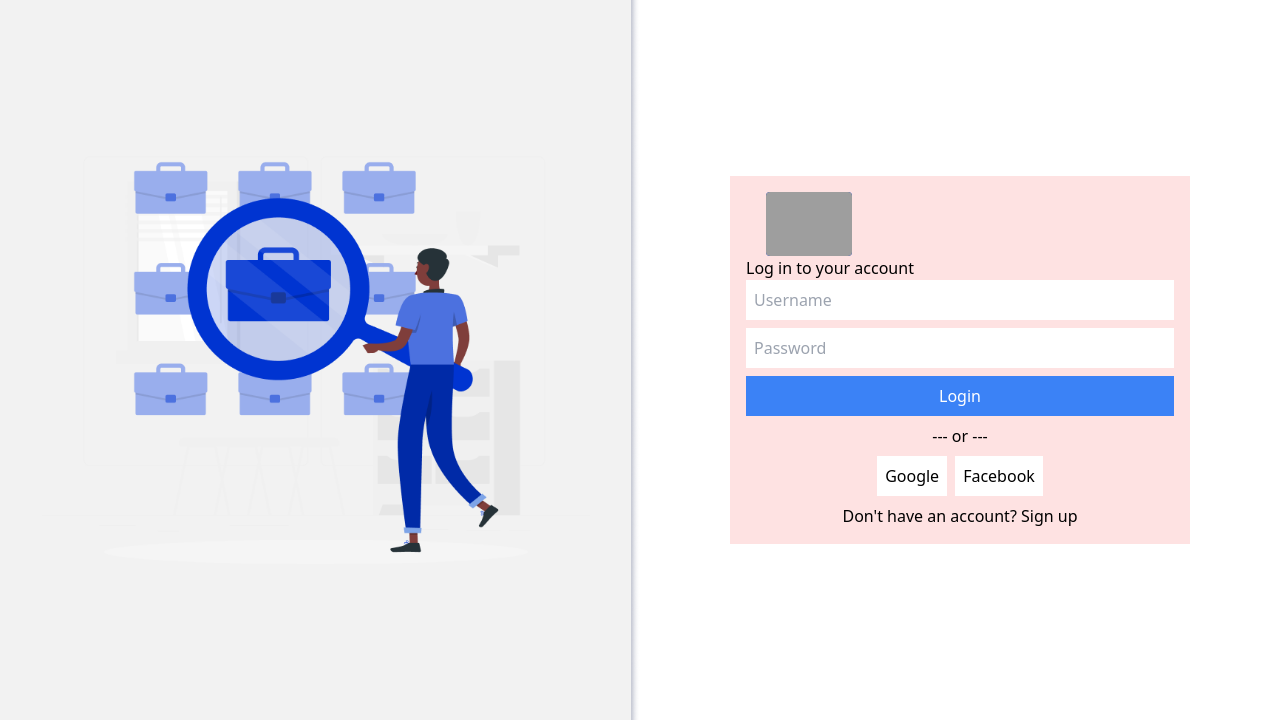
Repository: Abdibaye/Job-Sphere
Page: /
An editor plug-in stored every save of this project. The page is shown before and after the next save, followed by the edit.
The browser window is 1280 px wide. The pictures show the whole page.
Pictures or frames that could not be fetched are drawn as grey boxes. The project was rebuilt for these pictures with package versions that can differ from the ones it lists, and the page was loaded fresh each time. Also part of the build but not shown: vite.config.js, src/components/navbar.jsx, src/components/search.jsx, src/components/job.jsx, src/components/feed.jsx, src/components/saved.jsx, src/components/filter.jsx, src/components/pagination.jsx and 1 more.

Above is the page before, as saved 2025-02-17 23:01:00.

### index.html
<!doctype html>
<html lang="en">
  <head>
    <meta charset="UTF-8" />
    <link rel="icon" type="image/svg+xml" href="/vite.svg" />

    <link rel="preconnect" href="https://fonts.googleapis.com">
    <link rel="preconnect" href="https://fonts.gstatic.com" crossorigin>
    <link href="https://fonts.googleapis.com/css2?family=Inter:ital,opsz,wght@0,14..32,100..900;1,14..32,100..900&family=Open+Sans:ital,wght@0,300..800;1,300..800&family=Poppins:wght@100;200;300;400;600;700&display=swap" rel="stylesheet">

    <meta name="viewport" content="width=device-width, initial-scale=1.0" />
    <title>Vite + React</title>
  </head>
  <body>
    <div id="root"></div>
    <script type="module" src="/src/main.jsx"></script>
  </body>
</html>

### src/App.jsx
import HomePage from "./pages/homepage";
import LoginPage from "./pages/loginpage";


function App() {


  return (
    <>
     <LoginPage />
    </>
  );
}

export default App;

### src/pages/loginpage.jsx
import { BrowserRouter, Routes, Route, Link } from "react-router-dom";
import HomePage from "./homepage";

function App() {
    return (
        <BrowserRouter>
            <Routes>
                <Route path="/" element={<LoginPage />} />
                <Route path="/home" element={<HomePage />} />
            </Routes>
        </BrowserRouter>
    );
}

function LoginPage() {
    return (
        <div className="flex h-screen">
            {/* Background Image Section */}
            <div className="bg-[url(./assets/loginpg.png)] w-[50%] bg-cover bg-center"></div>

            {/* Login Form Section */}
            <div className="flex items-center justify-center w-1/2">
                <div className="bg-red-100 p-4">
                <img className="ml-5 mr-2  rounded-[4px]  bg-[#0034D1] h-[76%]  w-[20%] border-blue-500 "
 src="https://s3-alpha-sig.figma.com/img/9533/58bd/8fcfa53cf99bf9ff2ab7efd0b2189fa1?Expires=1739750400&Key-Pair-Id=APKAQ4GOSFWCW27IBOMQ&Signature=GjyOxVImGx3QYF2w5P5o6z1zp3qxhGbS2X9NvHVrCZUc7deaR~yAQmibtQujacykCdD-jKWxgNNLU1dSWmNQWXIFe~trJBTMAXz7DuzQTY-dJ89OfOgVZPz~jD5rJE3H3Naul5aYpY47JXAALxN9mVBsuUYLl5uowGCOYzB-iPruFPXI8EYfw7MIn7Kz1TVikh62aD1AS1dKv74EE4oB2NO80xY9zWVDQa2575nqG6mXlwyKdKIFlRqI0vIEbZiypWPGOsS~U5VnAPB6i6i2~uJGs5L~SBeEDL7-U-w6ZFf3cKHDwivGZ2yDo9PRuk8at4CkRHskK-0y4AChLAzVyQ__" alt="" />

                    <div>Log in to your account</div>
                    <div>
                        <input type="text" className="block w-full mb-2 p-2" placeholder="Username" />
                        <input type="password" className="block w-full mb-2 p-2" placeholder="Password" />
                    </div>
                    <Link to="/home" className="block w-full bg-blue-500 text-white p-2 mb-2 text-center">
                        Login
                    </Link>
                    <div className="text-center">--- or ---</div>
                    <div className="flex justify-center space-x-2 mt-2">
                        <div className="bg-white p-2">Google</div>
                        <div className="bg-white p-2">Facebook</div>
                    </div>
                    <div className="text-center mt-2">Don't have an account? Sign up</div>
                </div>
            </div>
        </div>
    );
}

export default App;

### tailwind.config.js
/** @type {import('tailwindcss').Config} */
export default {
  content: [
    "./index.html",
    "./src/**/*.{js,ts,jsx,tsx}",
  ],
  theme: {
    extend: {
      fontFamily: {
        'inter': ['Inter', 'sans-serif'],
      },
    },
  },
  plugins: [],
}

Loaded but not shown: src/main.jsx (common file); src/index.css (common file)

After the next save:
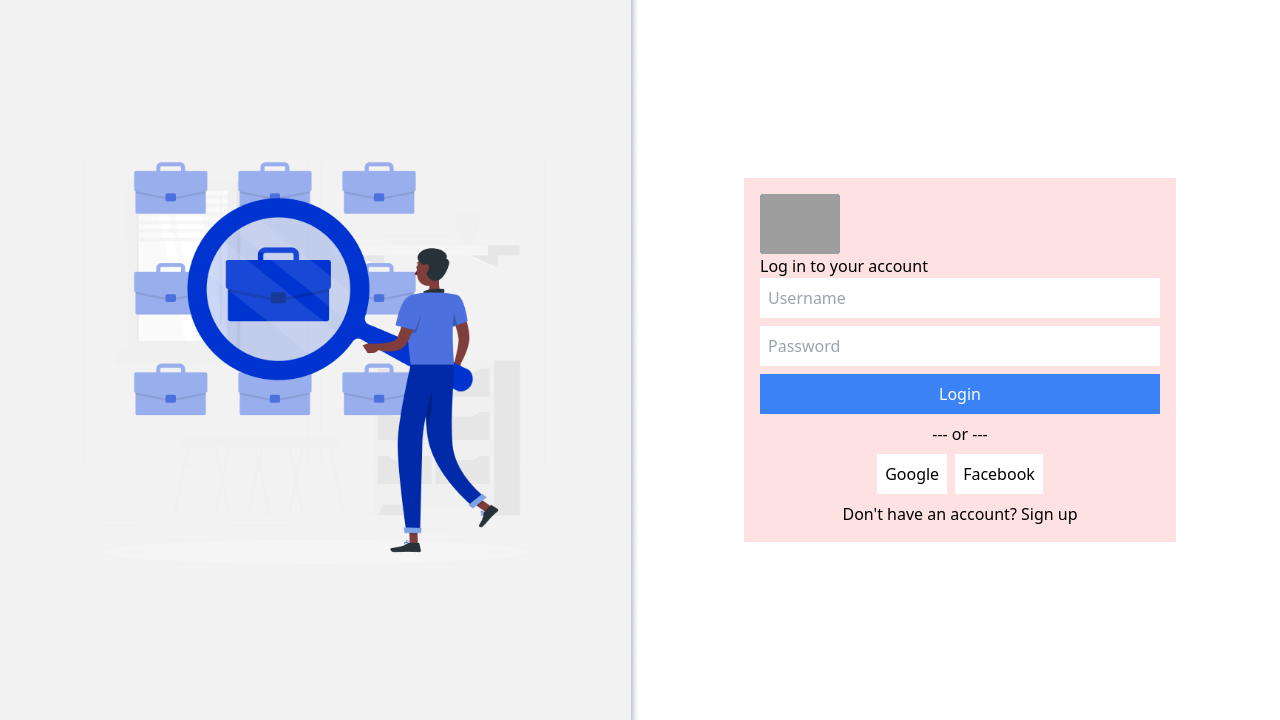
Saved 11 s later.
--- a/src/pages/loginpage.jsx
+++ b/src/pages/loginpage.jsx
@@ -21,7 +21,7 @@ function LoginPage() {
             {/* Login Form Section */}
             <div className="flex items-center justify-center w-1/2">
                 <div className="bg-red-100 p-4">
-                <img className="ml-5 mr-2  rounded-[4px]  bg-[#0034D1] h-[76%]  w-[20%] border-blue-500 "
+                <img className=" rounded-[4px]  bg-[#0034D1] h-[76%]  w-[20%] border-blue-500 "
  src="https://s3-alpha-sig.figma.com/img/9533/58bd/8fcfa53cf99bf9ff2ab7efd0b2189fa1?Expires=1739750400&Key-Pair-Id=APKAQ4GOSFWCW27IBOMQ&Signature=GjyOxVImGx3QYF2w5P5o6z1zp3qxhGbS2X9NvHVrCZUc7deaR~yAQmibtQujacykCdD-jKWxgNNLU1dSWmNQWXIFe~trJBTMAXz7DuzQTY-dJ89OfOgVZPz~jD5rJE3H3Naul5aYpY47JXAALxN9mVBsuUYLl5uowGCOYzB-iPruFPXI8EYfw7MIn7Kz1TVikh62aD1AS1dKv74EE4oB2NO80xY9zWVDQa2575nqG6mXlwyKdKIFlRqI0vIEbZiypWPGOsS~U5VnAPB6i6i2~uJGs5L~SBeEDL7-U-w6ZFf3cKHDwivGZ2yDo9PRuk8at4CkRHskK-0y4AChLAzVyQ__" alt="" />
 
                     <div>Log in to your account</div>
